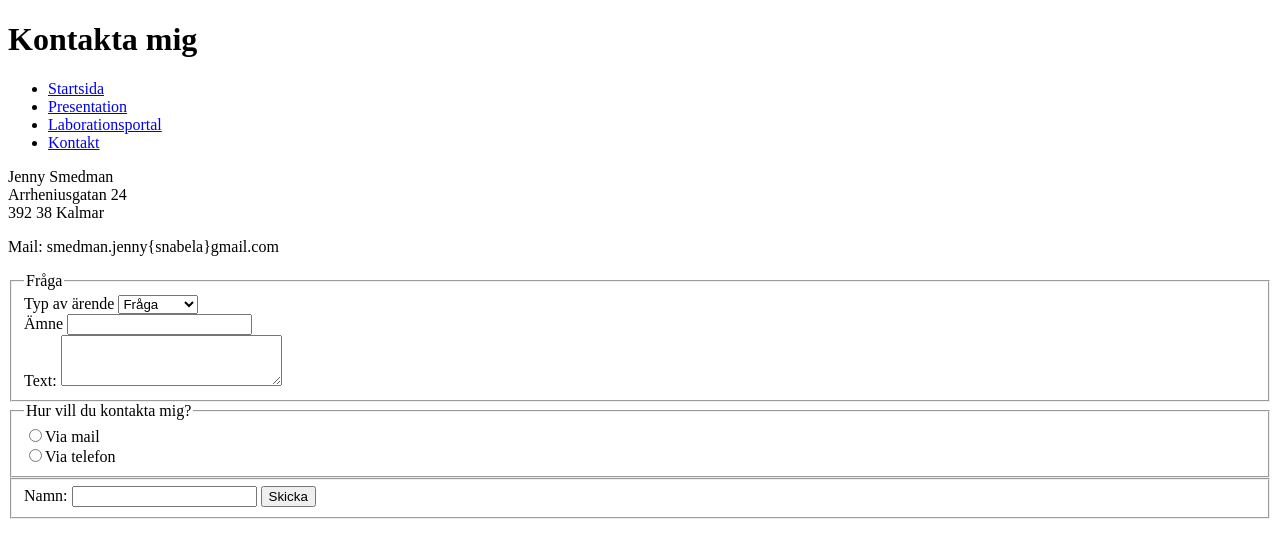
Repository: js223mx/1ik415-js223mx-laborationer
Page: pages/kontakt.html
The author's editor kept a record of every edit. The page is drawn from the files as they stood at one moment, then again after the next edit.
The browser window is 1280 px wide. The pictures show the whole page.

Above is the page before.

### pages/kontakt.html
<!doctype html>
<html lang="sv" >

    <head>

            <meta charset="utf-8" />
            <title>Kontakta mig</title>

    </head>
    <body>
    <div id="container">
            <h1>Kontakta mig</h1>

             <ul>
                <li><a href="../index.html">Startsida</a></li>
                <li><a href="presentation.html">Presentation</a></li>
                <li><a href="laborationer.html">Laborationsportal</a></li>
                <li><a href="kontakt.html">Kontakt</a></li>

            </ul>

                <p>Jenny Smedman<br>
                    Arrheniusgatan 24<br>
                    392 38 Kalmar
                </p>

                <p>Mail: smedman.jenny{snabela}gmail.com</p>

                <form id="contact-form" action="http://voyager.lnu.se/tekinet/kurser/dtt/wp_webbintro/form.php" method="post">
                    <fieldset>
                        <legend>Fråga</legend>
                        Typ av ärende
                        <select>
                           <option value="Fråga">Fråga</option>
                           <option value="Komentar">Komentar</option>
                        </select><br>
                        <label for="Ämne">Ämne</label>
                        <input name="Ämne" id="Ämne" type="text"><br>
                        <label for="Text">Text:</label>
                        <textarea name="Text" id="Text" cols="25" rows="3"></textarea>
                    </fieldset>
                    <fieldset>
                        <legend>Hur vill du kontakta mig?</legend>
                        <input type="radio" name="Kontakttyp" value="Via mail">Via mail<br>
                        <input type="radio" name="Kontakttyp" value="Via telefon">Via telefon
                    </fieldset>
                       <fieldset>
                           Namn: <input type="text" name="Namn">
                          <input type="submit" value="Skicka">
                       </fieldset>
                </form>
     </div>
    </body>


</html>

After the next edit:
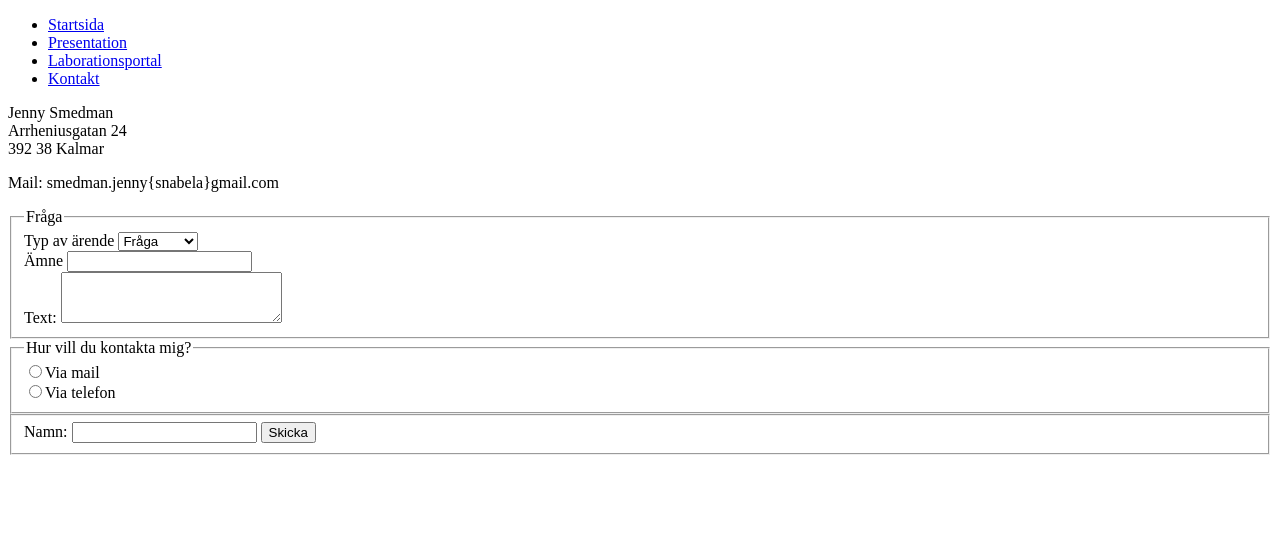
The edit:
--- a/pages/kontakt.html
+++ b/pages/kontakt.html
@@ -9,7 +9,11 @@
     </head>
     <body>
     <div id="container">
-            <h1>Kontakta mig</h1>
+
+            <div id="header">
+            </div>
+
+
 
              <ul>
                 <li><a href="../index.html">Startsida</a></li>

After the edit that followed:
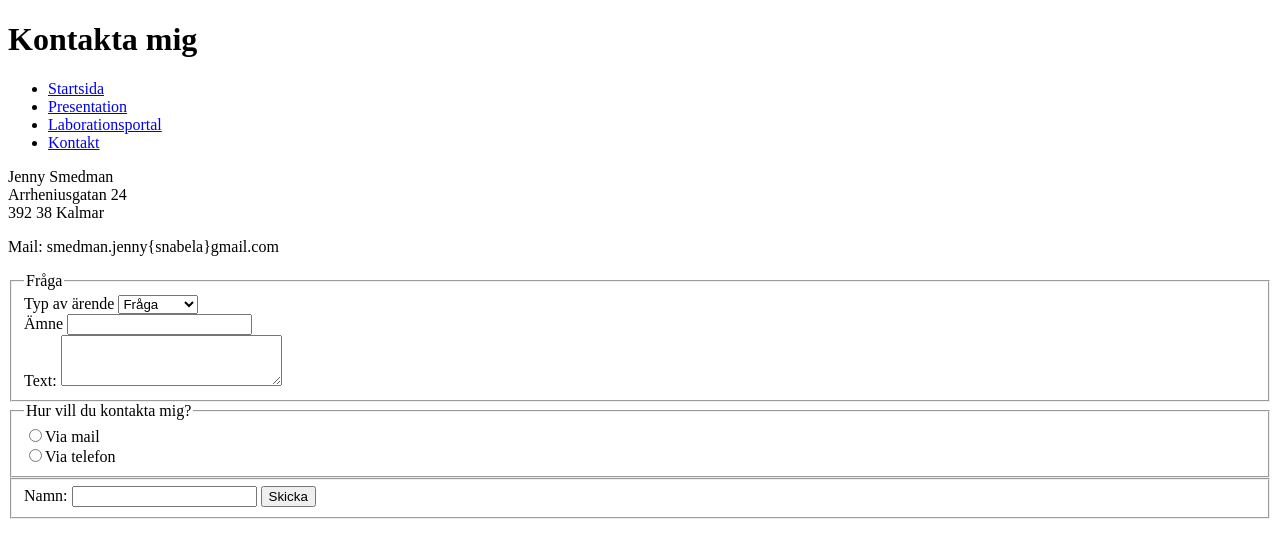
The edit:
--- a/pages/kontakt.html
+++ b/pages/kontakt.html
@@ -11,6 +11,7 @@
     <div id="container">
 
             <div id="header">
+            <h1>Kontakta mig</h1>
             </div>
 
 
